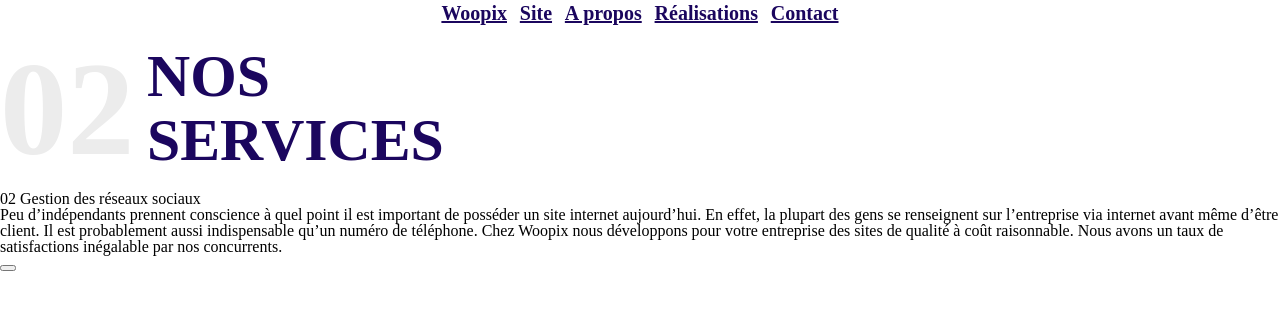
Repository: keloriane/woopix
Page: /woopix/nos-services
An editor plug-in stored every save of this project. The page is shown before and after the next save, followed by the edit.
The browser window is 1280 px wide. The pictures show the whole page.
The project was rebuilt for these pictures with package versions that can differ from the ones it lists, and the page was loaded fresh each time. Also part of the build but not shown: src/pages/Services/components/ServiceItem.js, src/pages/Services/components/ServiceOption.js, src/pages/Services/index.js, src/pages/Home.js, src/global/Container.js, src/pages/About/index.js, src/pages/Portfolio/index.js.

Above is the page before, as saved 2020-09-25 12:58:37.

After the next save:
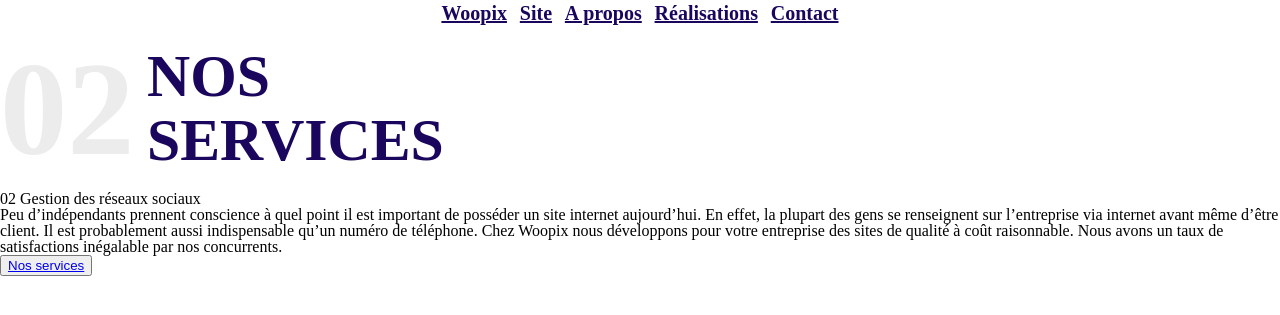
Saved 40 s later.
--- a/src/pages/OurServices/index.js
+++ b/src/pages/OurServices/index.js
@@ -44,7 +44,7 @@
               </p>
             </div>
           </div>
-          <CallToAction  />
+          <CallToAction link="/nos-services" buttonTxt="Nos services" />
         </div>
       </div>
     </div>
